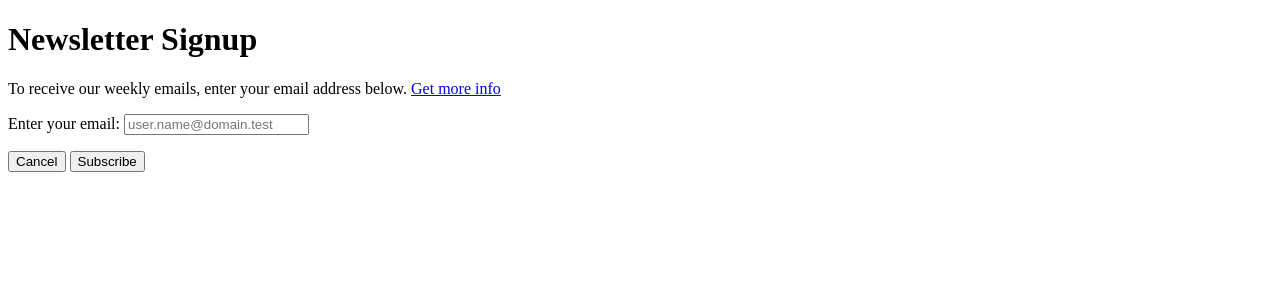
Repository: apopheny/JS230
Page: scratchpad.html
The author's editor kept a copy of each file at every save. The page is drawn from the files as they stood at one save, then again after the next save.
The browser window is 1280 px wide. The pictures show the whole page.

Above is the page before, as saved 2024-01-24 17:12:17.

### scratchpad.html
<!doctype html>
<html>
  <head>
    <title>Newsletter Signup</title>
  </head>
  <body>
    <!-- A short comment -->
    <h1>Newsletter Signup</h1>
    <p class="intro">
      To receive our weekly emails, enter your email address below.
      <a id="simple" href="info.html">Get more info</a>
    </p>
    <div class="form">
      <form>
        <label>
          Enter your email:
          <input name="email" placeholder="user.name@domain.test" />
        </label>
        <p class="controls">
          <button id="cancelButton">Cancel</button>
          <button type="submit" id="submitButton">Subscribe</button>
        </p>
      </form>
    </div>
  </body>
</html>

After the next save:
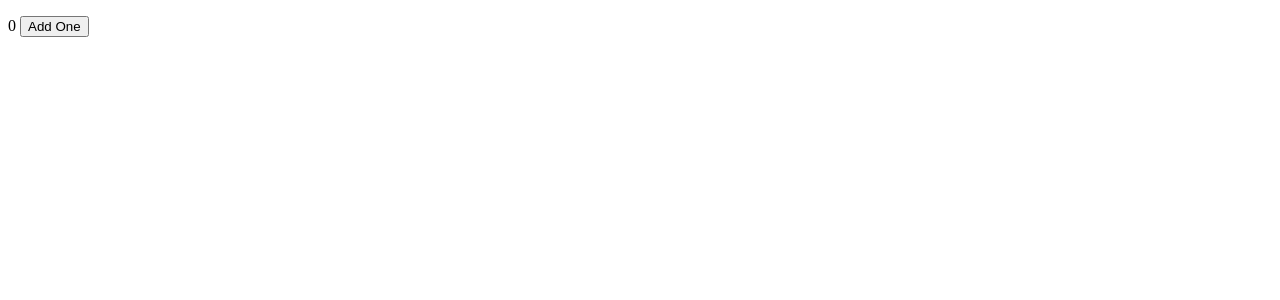
Saved 11 min 13 s later.
--- a/scratchpad.html
+++ b/scratchpad.html
@@ -1,26 +1,26 @@
 <!doctype html>
-<html>
+<html lang="en-US">
   <head>
-    <title>Newsletter Signup</title>
+    <title>title</title>
+    <meta charset="UTF-8">
+    <script>
+      document.addEventListener('DOMContentLoaded', event => {
+        let addButton = document.getElementById('add');
+        let output = document.getElementById('output');
+        let count = 0;
+
+        addButton.addEventListener('click', event => {
+          count += 1;
+          output.textContent = String(count);
+        });
+      });
+    </script>
   </head>
+
   <body>
-    <!-- A short comment -->
-    <h1>Newsletter Signup</h1>
-    <p class="intro">
-      To receive our weekly emails, enter your email address below.
-      <a id="simple" href="info.html">Get more info</a>
+    <p>
+      <span id="output">0</span>
+      <button id="add">Add One</button>
     </p>
-    <div class="form">
-      <form>
-        <label>
-          Enter your email:
-          <input name="email" placeholder="user.name@domain.test" />
-        </label>
-        <p class="controls">
-          <button id="cancelButton">Cancel</button>
-          <button type="submit" id="submitButton">Subscribe</button>
-        </p>
-      </form>
-    </div>
   </body>
 </html>
